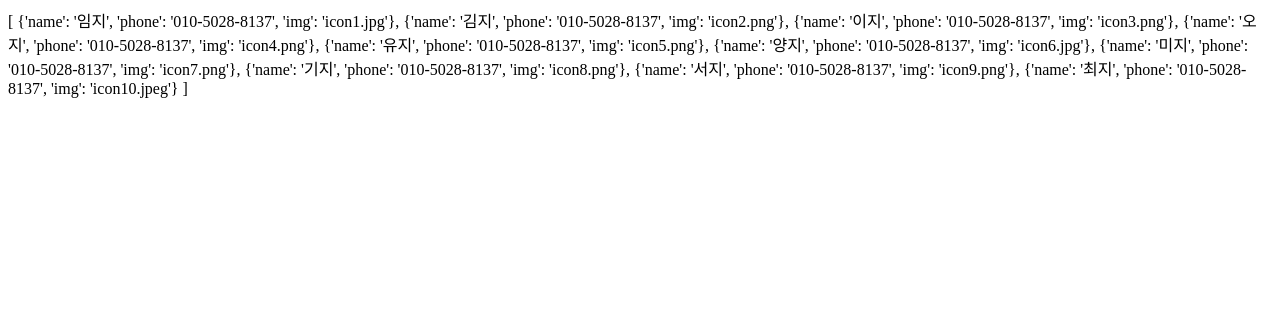
Repository: nicesick/TIL_In_Academy
Page: http://localhost/WebView/item.jsp
An editor plug-in stored every save of this project. The page is shown before and after the next save, followed by the edit.
The browser window is 1280 px wide. The pictures show the whole page.
The page is served by Tomcat 9.

Above is the page before, as saved 2019-09-04 05:12:52.

After the next save:
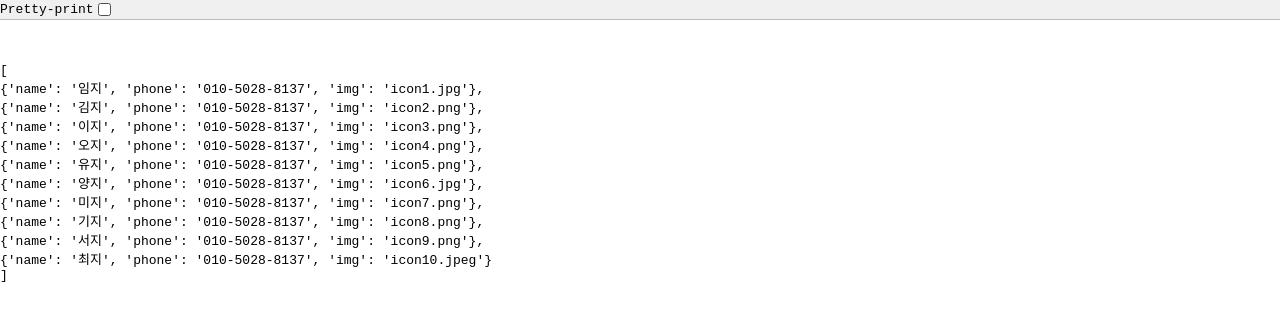
Saved 22 s later.
--- a/Android_Archive/WebView/web/item.jsp
+++ b/Android_Archive/WebView/web/item.jsp
@@ -1,4 +1,4 @@
-<%@ page language="java" contentType="text/html; charset=EUC-KR"
+<%@ page language="java" contentType="text/json; charset=EUC-KR"
     pageEncoding="EUC-KR"%>
 
 [
